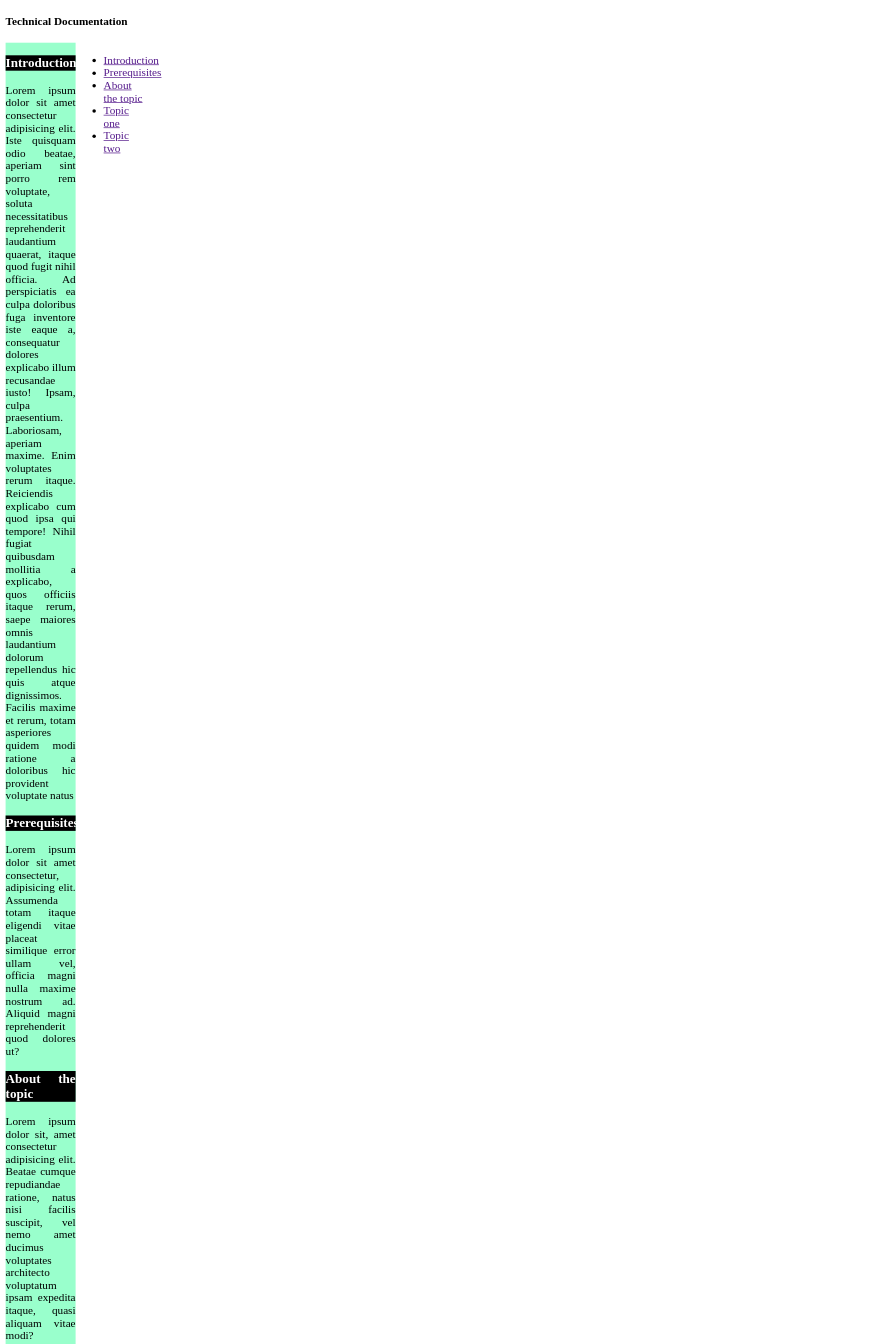
Repository: JoaoLemesDEV/Excercise-Tech-Documentation-Page
Page: index.html
The author's editor kept a copy of each file at every save. The page is drawn from the files as they stood at one save, then again after the next save.
The browser window is 1280 px wide. The pictures show the part of the page from y = 0 to 1920 px (the page is 2690 px tall), at 70% of full size.

Above is the page before, as saved 2021-10-03 21:26:10.

### index.html
<!DOCTYPE html>
<html lang="en">
  <head>
    <meta charset="UTF-8" />
    <meta http-equiv="X-UA-Compatible" content="IE=edge" />
    <meta name="viewport" content="width=device-width, initial-scale=1.0" />
    <title>Technical Documentaion</title>
    <link rel="stylesheet" href="index.css" />
  </head>
  <body>
    <header><h4>Technical Documentation</h4></header>
    <div class="wrapper">
      <aside>
        <nav>
          <ul>
            <li><a href="">Introduction</a></li>
            <li><a href="">Prerequisites</a></li>
            <li><a href="">About the topic</a></li>
            <li><a href="">Topic one</a></li>
            <li><a href="">Topic two</a></li>
          </ul>
        </nav>
      </aside>
      <div id="contents">
        <section id="introduction">
          <h3 style="background: black; color: white">Introduction</h3>
          <p>
            Lorem ipsum dolor sit amet consectetur adipisicing elit. Iste
            quisquam odio beatae, aperiam sint porro rem voluptate, soluta
            necessitatibus reprehenderit laudantium quaerat, itaque quod fugit
            nihil officia. Ad perspiciatis ea culpa doloribus fuga inventore
            iste eaque a, consequatur dolores explicabo illum recusandae iusto!
            Ipsam, culpa praesentium. Laboriosam, aperiam maxime. Enim
            voluptates rerum itaque. Reiciendis explicabo cum quod ipsa qui
            tempore! Nihil fugiat quibusdam mollitia a explicabo, quos officiis
            itaque rerum, saepe maiores omnis laudantium dolorum repellendus hic
            quis atque dignissimos. Facilis maxime et rerum, totam asperiores
            quidem modi ratione a doloribus hic provident voluptate natus
          </p>
        </section>
        <section id="Prerequisites">
          <h3 style="background: black; color: white">Prerequisites</h3>
          <p>
            Lorem ipsum dolor sit amet consectetur, adipisicing elit. Assumenda
            totam itaque eligendi vitae placeat similique error ullam vel,
            officia magni nulla maxime nostrum ad. Aliquid magni reprehenderit
            quod dolores ut?
          </p>
        </section>
        <section id="about the topic">
          <h3 style="background: black; color: white">About the topic</h3>
          <p>
            Lorem ipsum dolor sit, amet consectetur adipisicing elit. Beatae
            cumque repudiandae ratione, natus nisi facilis suscipit, vel nemo
            amet ducimus voluptates architecto voluptatum ipsam expedita itaque,
            quasi aliquam vitae modi?
          </p>
        </section>
        <section id="topic one">
          <h3 style="background: black; color: white">Topic one</h3>
          <p>
            Lorem ipsum dolor sit, amet consectetur adipisicing elit.
            Consectetur modi quidem minima, reprehenderit autem itaque, in
            voluptas laudantium quam ratione animi fuga voluptatum aut beatae
            dolorem velit soluta? Amet, quo.
          </p>
        </section>
        <section id="topic two">
          <h3 style="background: black; color: white">Topic two</h3>
          <p>
            Lorem ipsum dolor sit amet consectetur adipisicing elit. Quia,
            possimus fugit deleniti, maiores asperiores non dolores optio magnam
            aspernatur amet dolore ipsum in quaerat assumenda neque totam sunt
            odit dolorum.
          </p>
        </section>
      </div>
    </div>
  </body>
</html>

### index.css
.wrapper {
    display: grid;
    grid-template-columns: 100px 100px 200px;
    //grid-template-rows: 150px 150px;
}

#menu{
background-color: seagreen;
grid-row-start: 1;
grid-row-end: 2;
}

#contents{
  background-color: cadetblue;
	background: #9FC;
  text-align: justify;
  grid-row-start: 1;
  grid-row-end: 2;
}

After the next save:
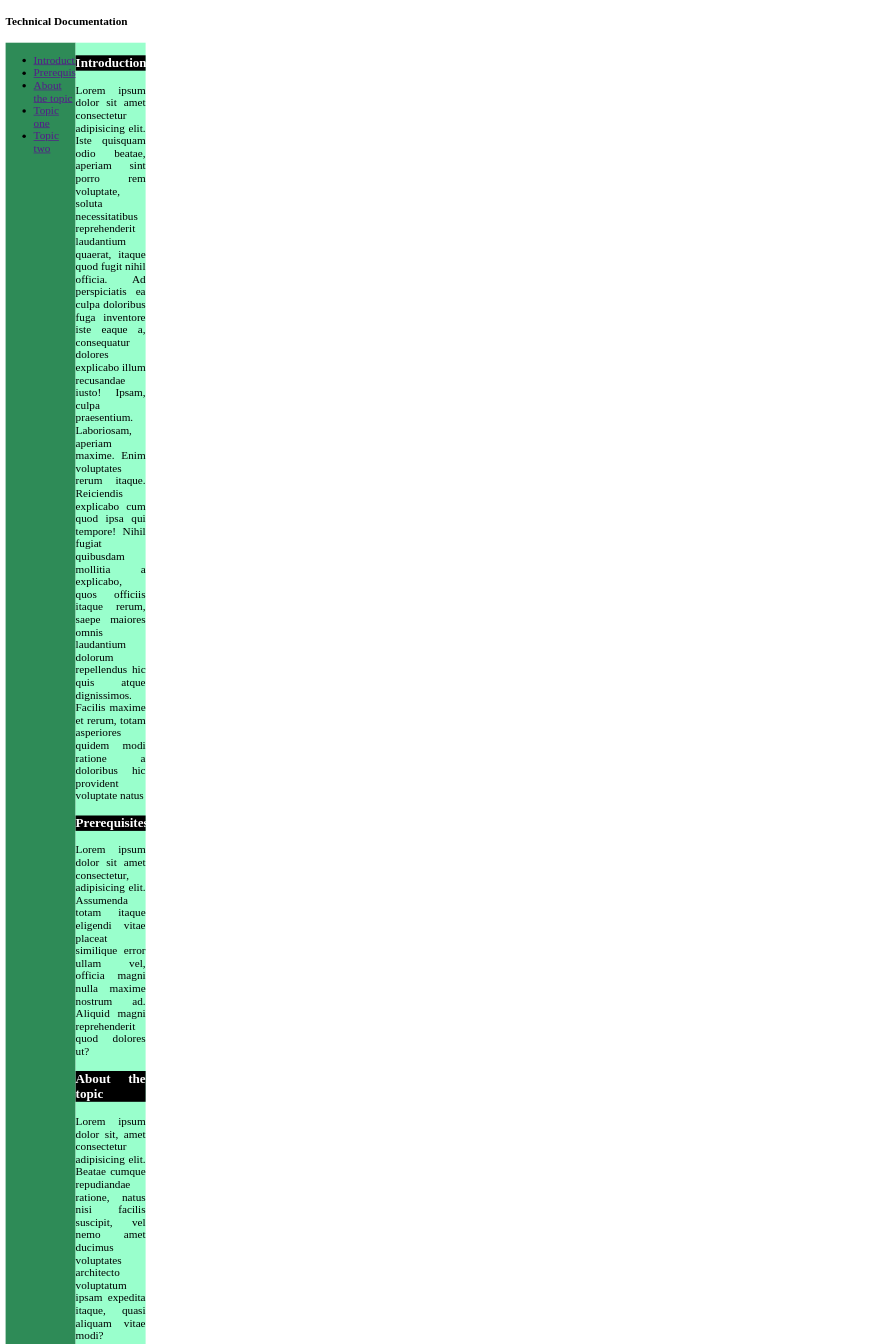
Saved 8 s later.
--- a/index.css
+++ b/index.css
@@ -4,7 +4,7 @@
     //grid-template-rows: 150px 150px;
 }
 
-#menu{
+aside{
 background-color: seagreen;
 grid-row-start: 1;
 grid-row-end: 2;
